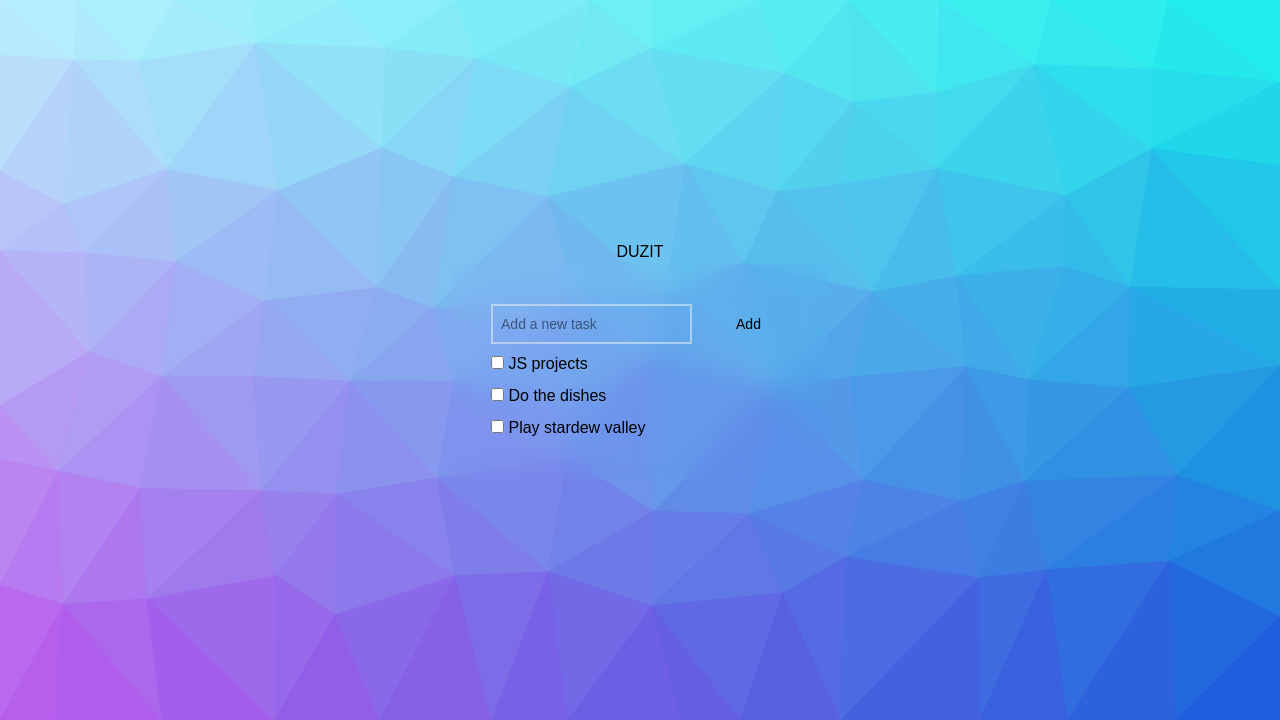
Repository: milkybeargeek/JavaScript-Projects
Page: Duzit/src/index.html
An editor plug-in stored every save of this project. The page is shown before and after the next save, followed by the edit.
The browser window is 1280 px wide. The pictures show the whole page.
Some web fonts or font styles are not loaded; a fallback is used.

Above is the page before, as saved 2025-02-13 21:44:32.

After the next save:
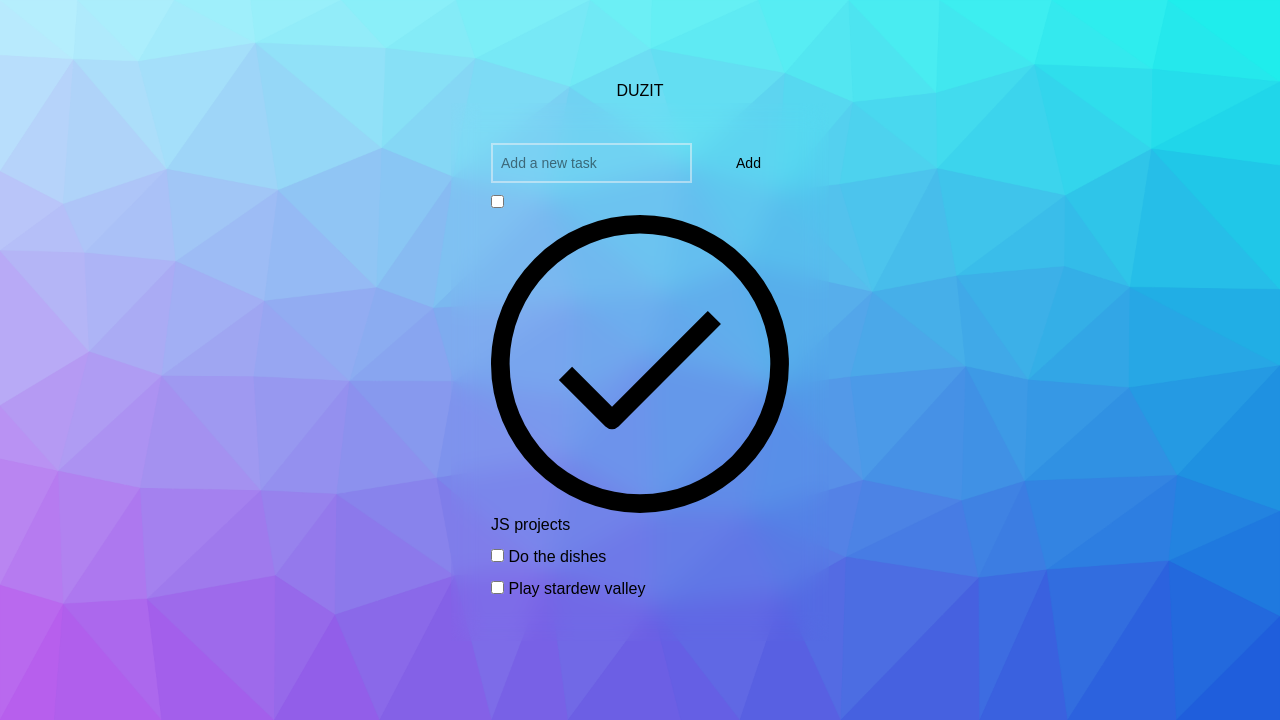
Saved 88 s later.
--- a/Duzit/src/index.html
+++ b/Duzit/src/index.html
@@ -24,7 +24,13 @@
             <li class="todo-item">
                 <input type="checkbox" id="todo-1">
                 <label class="custom-checkbox" for="todo-1">
-
+                    <svg xmlns="http://www.w3.org/2000/svg" viewBox="0 0 32 32">
+                        <g data-name="60-Check">
+                            <path
+                                d="M16 0a16 16 0 1 0 16 16A16 16 0 0 0 16 0zm0 30a14 14 0 1 1 14-14 14 14 0 0 1-14 14z" />
+                            <path d="m13 20.59-4.29-4.3-1.42 1.42 5 5a1 1 0 0 0 1.41 0l11-11-1.41-1.41z" />
+                        </g>
+                    </svg>
                 </label>
                 <label for="todo-1" class="todo-text">JS projects
                 </label>
